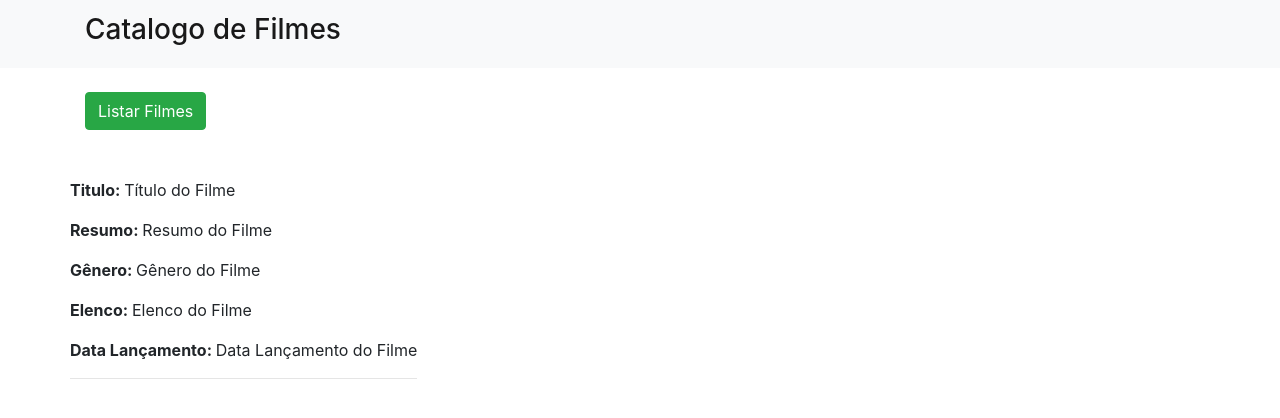
Repository: FredeRibeiro/htdocs-Desenvolvimento-Web-Completo-2019
Page: ajax/filmes.html
These files come from the project's save history. The page is drawn as it stood at one moment and after the next save; the edit follows.
The browser window is 1280 px wide. The pictures show the whole page.

Above is the page before, as saved 2019-10-16 12:45:02.

After the next save:
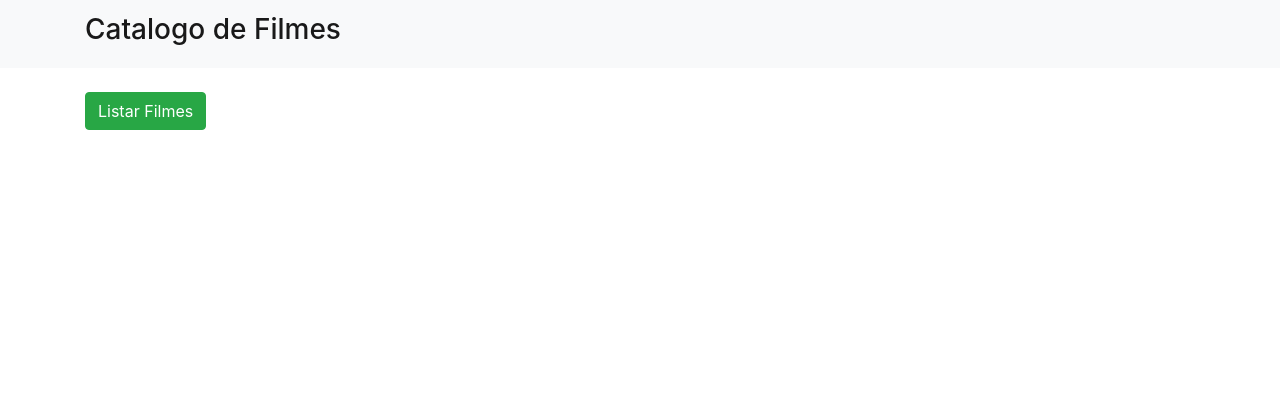
Saved 50 s later.
--- a/ajax/filmes.html
+++ b/ajax/filmes.html
@@ -63,17 +63,6 @@
 				<button class="btn btn-success" type="button" onclick="getFilmes()">Listar Filmes</button>
 			</div>
 		</div>
-
-		<div class="row">
-			<div class="cow">
-				<p><strong>Titulo: </strong>Título do Filme</p>
-				<p><strong>Resumo: </strong>Resumo do Filme</p>
-				<p><strong>Gênero: </strong>Gênero do Filme</p>
-				<p><strong>Elenco: </strong>Elenco do Filme</p>
-				<p><strong>Data Lançamento: </strong>Data Lançamento do Filme</p>
-				<hr>
-			</div>
-		</div>
 	</div>
 </body>
 </html>
